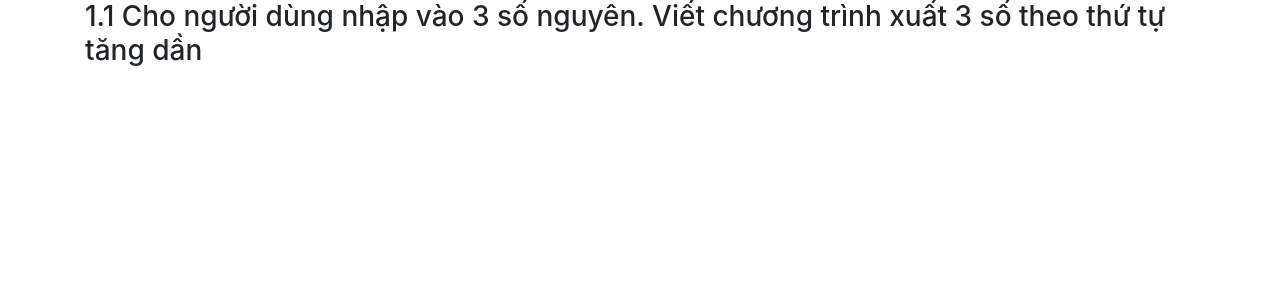
Repository: baobaodeveloper/bootscamp21__jsbasic__HuynhAnhBao
Page: index.html
The author's editor kept a copy of each file at every save. The page is drawn from the files as they stood at one save, then again after the next save.
The browser window is 1280 px wide. The pictures show the whole page.

Above is the page before, as saved 2022-03-09 22:58:07.

After the next save:
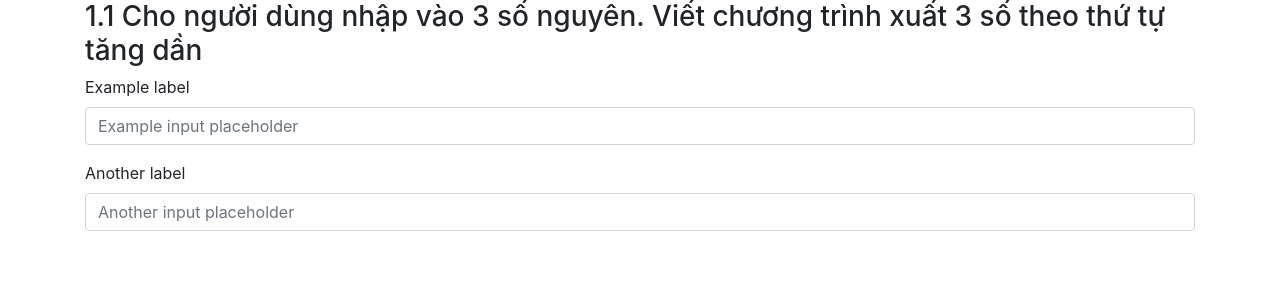
Saved 116 s later.
--- a/index.html
+++ b/index.html
@@ -23,6 +23,29 @@
         1.1 Cho người dùng nhập vào 3 số nguyên. Viết chương trình xuất 3 số
         theo thứ tự tăng dần
       </h3>
+
+      <div class="mb-3">
+        <label for="formGroupExampleInput" class="form-label"
+          >Example label</label
+        >
+        <input
+          type="text"
+          class="form-control"
+          id="formGroupExampleInput"
+          placeholder="Example input placeholder"
+        />
+      </div>
+      <div class="mb-3">
+        <label for="formGroupExampleInput2" class="form-label"
+          >Another label</label
+        >
+        <input
+          type="text"
+          class="form-control"
+          id="formGroupExampleInput2"
+          placeholder="Another input placeholder"
+        />
+      </div>
     </div>
     <!-- Optional JavaScript -->
     <!-- jQuery first, then Popper.js, then Bootstrap JS -->

After the save that followed:
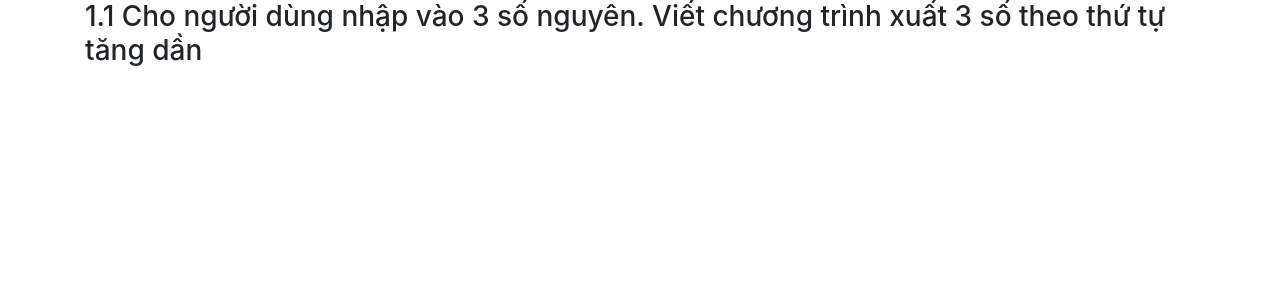
Saved 34 s later.
--- a/index.html
+++ b/index.html
@@ -23,29 +23,6 @@
         1.1 Cho người dùng nhập vào 3 số nguyên. Viết chương trình xuất 3 số
         theo thứ tự tăng dần
       </h3>
-
-      <div class="mb-3">
-        <label for="formGroupExampleInput" class="form-label"
-          >Example label</label
-        >
-        <input
-          type="text"
-          class="form-control"
-          id="formGroupExampleInput"
-          placeholder="Example input placeholder"
-        />
-      </div>
-      <div class="mb-3">
-        <label for="formGroupExampleInput2" class="form-label"
-          >Another label</label
-        >
-        <input
-          type="text"
-          class="form-control"
-          id="formGroupExampleInput2"
-          placeholder="Another input placeholder"
-        />
-      </div>
     </div>
     <!-- Optional JavaScript -->
     <!-- jQuery first, then Popper.js, then Bootstrap JS -->
